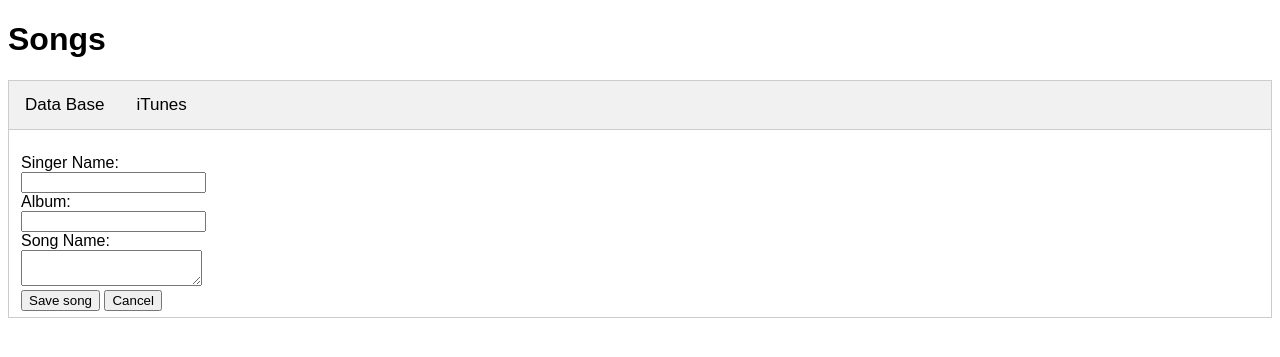
Repository: taudordenisa/proiect-cloud-computing
Page: frontend/index.html
The author's editor kept a record of every edit. The page is drawn from the files as they stood at one moment, then again after the next edit.
The browser window is 1280 px wide. The pictures show the whole page.
The page's requests for data from a server got no answer.

Above is the page before.

### frontend/index.html
<!DOCTYPE html>
<html>
    <head>
        <link rel="stylesheet" href="style.css" type="text/css"/>
        <title>Songs list</title>
        <style>
            body {font-family: Arial;}
            .tab {
              overflow: hidden;
              border: 1px solid #ccc;
              background-color: #f1f1f1;
            }

            .tab button {
              background-color: inherit;
              float: left;
              border: none;
              outline: none;
              cursor: pointer;
              padding: 14px 16px;
              transition: 0.3s;
              font-size: 17px;
            }

            .tab button:hover {
              background-color: #ddd;
            }

            .tab button.active {
              background-color: #ccc;
            }

            .tabcontent {
              display: none;
              padding: 6px 12px;
              border: 1px solid #ccc;
              border-top: none;
            }


        </style>
    </head>
    <body>
        <h1>Songs</h1>
    </body>

    <div class="tab">
        <button class="tablinks" onclick="openTab(event, 'dataBase')">Data Base</button>
        <button class="tablinks" onclick="openTab(event, 'iTunes')">iTunes</button>

    </div>

    <div id="iTunes" class="tabcontent">
        Singer or Song Name search:<br/>
        <input type="text" name="searchValue" id="searchValue"/>
        <button onClick="dataPull()">iTunes</button>
        <div id="tableITunes"></div>
    </div>

    <div id="dataBase" class="tabcontent active" style="display: block">
        <form onSubmit="saveSong(event)">
            <input type="hidden" name="id" id="id"/> <br/>
            Singer Name:<br/>
            <input type="text" name="singer" id="singer"/> <br/>
            Album:<br/>
            <input type="text" name="album" id="album"> <br/>
            Song Name:<br/>
            <textarea name="name" id="name"></textarea> <br/>
            <input type="submit" value="Save song">
            <input type="reset" value="Cancel">
        </form>

        <div id="table"></div>
    </div>

    <script src="https://unpkg.com/axios/dist/axios.min.js"></script>

    <script
        src="https://code.jquery.com/jquery-3.3.1.min.js"
        integrity="sha256-FgpCb/KJQlLNfOu91ta32o/NMZxltwRo8QtmkMRdAu8="
        crossorigin="anonymous"></script>

    <script type="text/javascript">
        function openTab(evt, tabName) {
            var i, tabcontent, tablinks;
            tabcontent = document.getElementsByClassName("tabcontent");
            for (i = 0; i < tabcontent.length; i++) {
                tabcontent[i].style.display = "none";
            }
            tablinks = document.getElementsByClassName("tablinks");
            for (i = 0; i < tablinks.length; i++) {
                tablinks[i].className = tablinks[i].className.replace(" active", "");
            }
            document.getElementById(tabName).style.display = "block";
            evt.currentTarget.className += " active";
        }

        function dataPull() {
            let searchValue = $('#searchValue').val()
            console.log(searchValue)
            let urlEncoded = encodeURI("https://itunes.apple.com/search?term='" + searchValue + "'&limit=5&media=music")
            console.log(urlEncoded)
            axios.get(urlEncoded)
            .then(function(response) {
                console.log(response)

                let html = ` <table style="width:500px;">
                        <tr>
                            <th>Singer Name</th>
                            <th>Song Name</th>
                        </tr>`

                response.data.results.forEach(function(song) {
                    html += `<tr>
                                <td>${song.artistName}</td>
                                <td>${song.trackName}</td>
                            </tr>`
                })

                html += `</table>`

                $('#tableITunes').html(html)
            })
            .catch(function(error) {
                console.log(error)
            })
        }

        function showSongs() {
            axios.get('/songs').then(function(results) {

                let html = ` <table style="width:500px;">
                        <tr>
                            <th>ID</th>
                            <th>Singer Name</th>
                            <th>Album</th>
                            <th>Song Name</th>
                            <th>Actions</th>
                        </tr>`

                results.data.forEach(function(element) {
                    html += `<tr>
                                <td>${element.id}</td>
                                <td>${element.singer}</td>
                                <td>${element.album}</td>
                                <td>${element.name}</td>
                                <td>
                                    <button onClick="editSong(${element.id})">Edit</button>
                                    <button onClick="deleteSong(${element.id})">Delete</button>
                                </td>
                            </tr>`
                })

                html += `</table>`

                $('#table').html(html)
            }).catch(function(error) {
                console.log(error)
            })
        }

        function saveSong(event) {
            event.preventDefault()

            //get values from fields
            let id = $('#id').val()
            let singer = $('#singer').val()
            let album = $('#album').val()
            let name = $('#name').val()

            if(id) {
                axios.put('/songs/'+id, {
                    singer: singer,
                    album: album,
                    name: name
                }).then(function(result) {
                    showSongs()
                    $(event.target).trigger("reset")
                }).catch(function(err) {
                    alert('Resource could not be saved')
                })
            } else {
                axios.post('/songs', {
                    singer: singer,
                    album: album,
                    name: name
                }).then(function(result) {
                    showSongs()
                    $(event.target).trigger("reset")
                }).catch(function(err) {
                    alert('Resource could not be saved')
                })
            }
        }

        function editSong(id) {
            //get the values from the server
            axios.get('/songs/'+id).then(function(result) {
                //display values in the form
                $('#id').val(result.data.id)
                $('#singer').val(result.data.singer)
                $('#album').val(result.data.album)
                $('#name').val(result.data.name)
            }).catch(function(err) {
                console.log(err)
                alert('Could not find resource')
            })
        }

        function deleteSong(id) {
            axios.delete('/songs/'+id).then(function(result) {
                showSongs()
            }).catch(function(err) {
                alert('Resource could not delete resource')
            })
        }

        $(document).ready(function() {
            showSongs()
        })
    </script>
</html>

### frontend/style.css
table {
    font-family: arial, sans-serif;
    border-collapse: collapse;
    width: 100%;
}

td, th {
    border: 1px solid #000;
    text-align: left;
    padding: 8px;
}

th {
    background-color: rgb(153, 235, 255);
}

tr:nth-child(even) {
    background-color: #dddddd;
}

body {font-family: Arial;}
.tab {
  overflow: hidden;
  border: 1px solid #ccc;
  background-color: rgb(153, 235, 255);
}

.tab button {
  background-color: inherit;
  float: left;
  border: none;
  outline: none;
  cursor: pointer;
  padding: 14px 16px;
  transition: 0.3s;
  font-size: 17px;
}

.tab button:hover {
  background-color: #ddd;
}

.tab button.active {
  background-color: #ccc;
}

.tabcontent {
  display: none;
  padding: 6px 12px;
  border: 1px solid #ccc;
  border-top: none;
}

After the next edit:
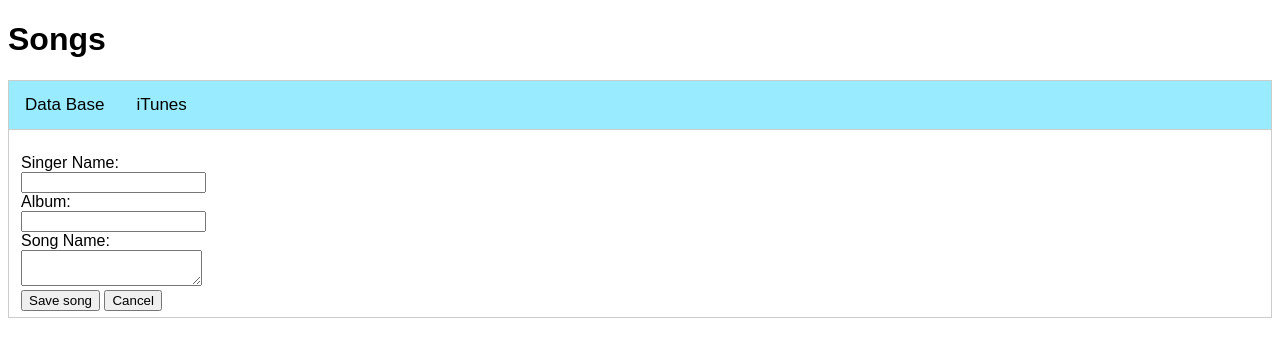
The edit:
--- a/frontend/index.html
+++ b/frontend/index.html
@@ -3,42 +3,6 @@
     <head>
         <link rel="stylesheet" href="style.css" type="text/css"/>
         <title>Songs list</title>
-        <style>
-            body {font-family: Arial;}
-            .tab {
-              overflow: hidden;
-              border: 1px solid #ccc;
-              background-color: #f1f1f1;
-            }
-
-            .tab button {
-              background-color: inherit;
-              float: left;
-              border: none;
-              outline: none;
-              cursor: pointer;
-              padding: 14px 16px;
-              transition: 0.3s;
-              font-size: 17px;
-            }
-
-            .tab button:hover {
-              background-color: #ddd;
-            }
-
-            .tab button.active {
-              background-color: #ccc;
-            }
-
-            .tabcontent {
-              display: none;
-              padding: 6px 12px;
-              border: 1px solid #ccc;
-              border-top: none;
-            }
-
-
-        </style>
     </head>
     <body>
         <h1>Songs</h1>
